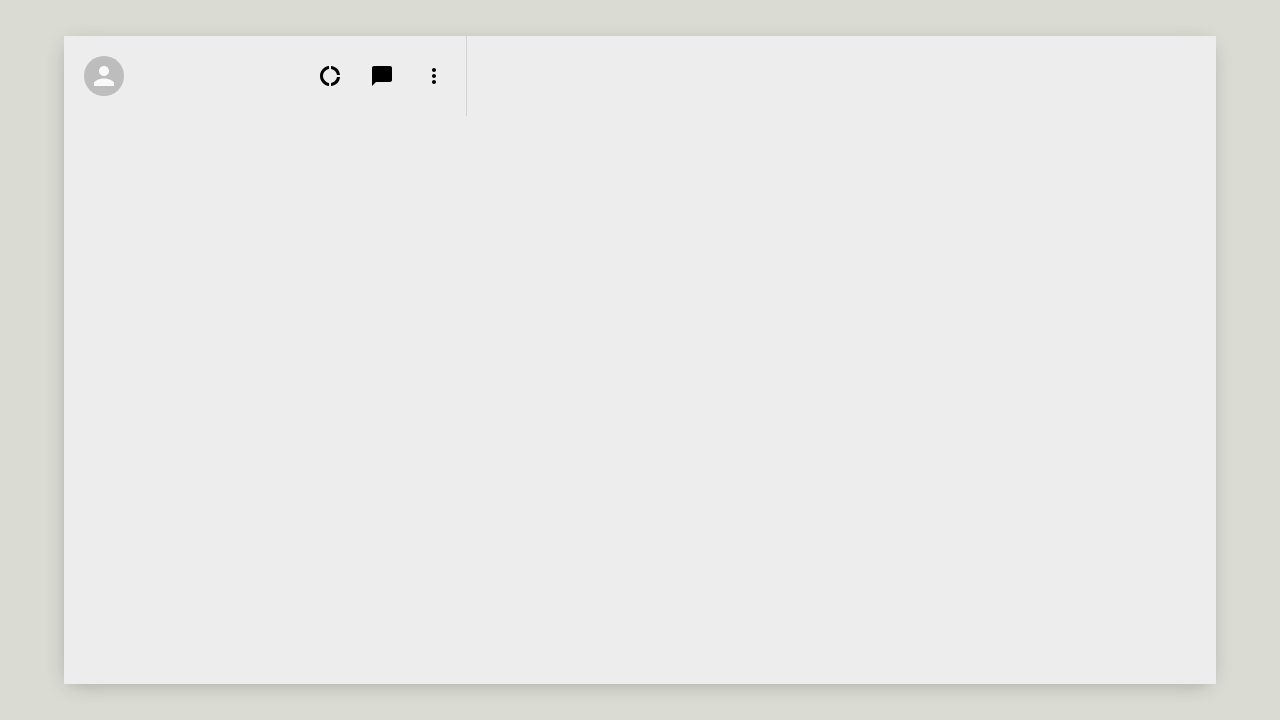
Repository: Prafullkuma/whatsappclon
Page: /
An editor plug-in stored every save of this project. The page is shown before and after the next save, followed by the edit.
The browser window is 1280 px wide. The pictures show the whole page.
The project was rebuilt for these pictures with package versions that can differ from the ones it lists, and the page was loaded fresh each time.

Above is the page before, as saved 2020-08-19 11:52:03.

### src/App.js
import React from 'react';
import './App.css';
import Sidebar from './Component/Sidebar'
function App() {
  return (
    <div className="app">
      <div className="app__body">
        <Sidebar />
      </div>
    </div>
  );
}

export default App;

### src/App.css
.app{
  background-color: #dadbd3;
  height: 100vh;
  display: grid;
  place-items: center;
}
.app__body{
  display: flex;
  height: 90vh;
  width: 90vw;
  background-color: #ededed;
  box-shadow: -1px 4px 20px -6px rgba(0, 0, 0, 0.3);
}

### src/Component/Sidebar.js
import React from 'react'
import { Avatar } from '@material-ui/core';
import DonutLargeIcon from '@material-ui/icons/DonutLarge';
import ChatBubbleIcon from '@material-ui/icons/ChatBubble';
import MoreVertIcon from '@material-ui/icons/MoreVert';
import './Sidebar.css'
function Slidebar() {
    return (
        <div className="sidebar">
            <div className="sidebar_header">
                <Avatar />
                <div className="sidebar_headerRight">
                    <DonutLargeIcon />
                    <ChatBubbleIcon />
                    <MoreVertIcon />
                </div>
            </div>
            <div className="sidebar_search">

            </div>
            <div className="sidebar_chat">

            </div>
        </div >
    )
}

export default Slidebar

### src/Component/Sidebar.css
.sidebar{
    flex: 0.35;
}
.sidebar_header{
    display: flex;
    justify-content: space-between;
    padding: 20px;
    border-right: 1px solid lightgray;
}
.sidebar_headerRight{
    display: flex;
    align-items: center;
    justify-content: space-between;
    min-width: 10vw;
}

Loaded but not shown: public/index.html (common file); src/index.js (common file); src/index.css (common file)

After the next save:
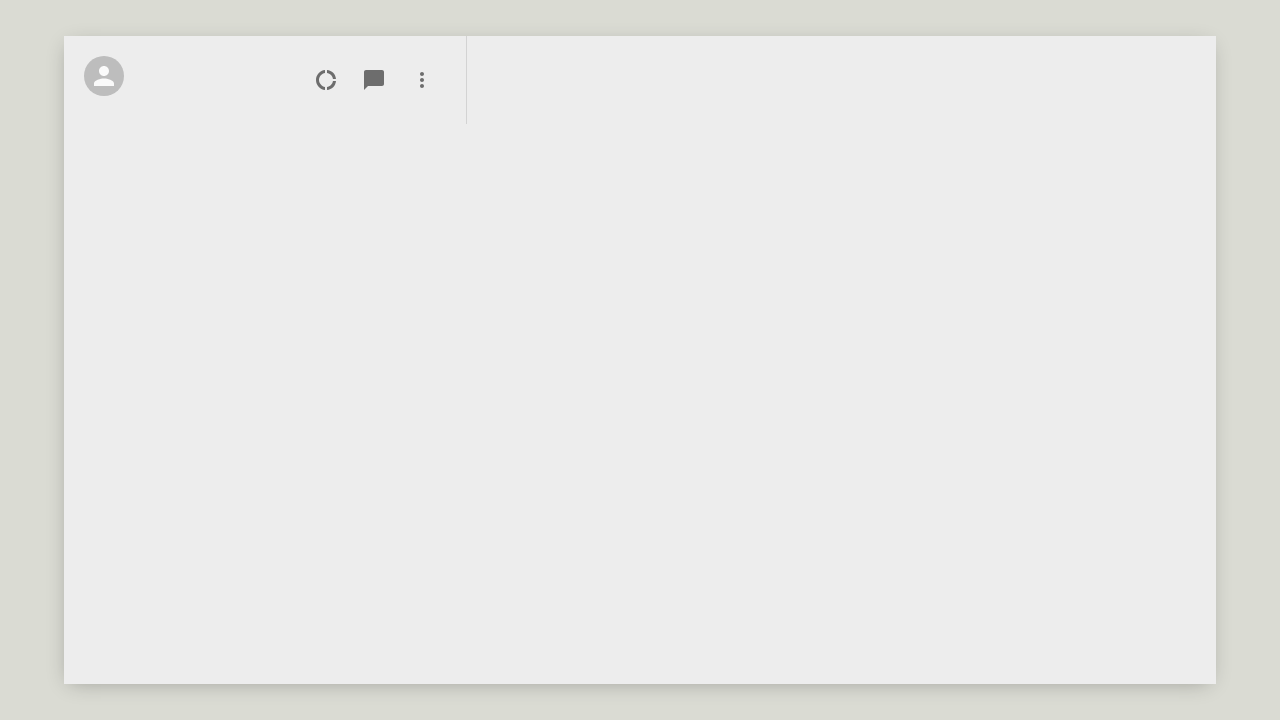
Saved 70 s later.
--- a/src/Component/Sidebar.js
+++ b/src/Component/Sidebar.js
@@ -1,5 +1,5 @@
 import React from 'react'
-import { Avatar } from '@material-ui/core';
+import { Avatar, IconButton } from '@material-ui/core';
 import DonutLargeIcon from '@material-ui/icons/DonutLarge';
 import ChatBubbleIcon from '@material-ui/icons/ChatBubble';
 import MoreVertIcon from '@material-ui/icons/MoreVert';
@@ -10,9 +10,18 @@ function Slidebar() {
             <div className="sidebar_header">
                 <Avatar />
                 <div className="sidebar_headerRight">
-                    <DonutLargeIcon />
-                    <ChatBubbleIcon />
-                    <MoreVertIcon />
+                    <IconButton>
+                        <DonutLargeIcon />
+
+                    </IconButton>
+                    <IconButton>
+                        <ChatBubbleIcon />
+
+                    </IconButton>
+                    <IconButton>
+
+                        <MoreVertIcon />
+                    </IconButton>
                 </div>
             </div>
             <div className="sidebar_search">
